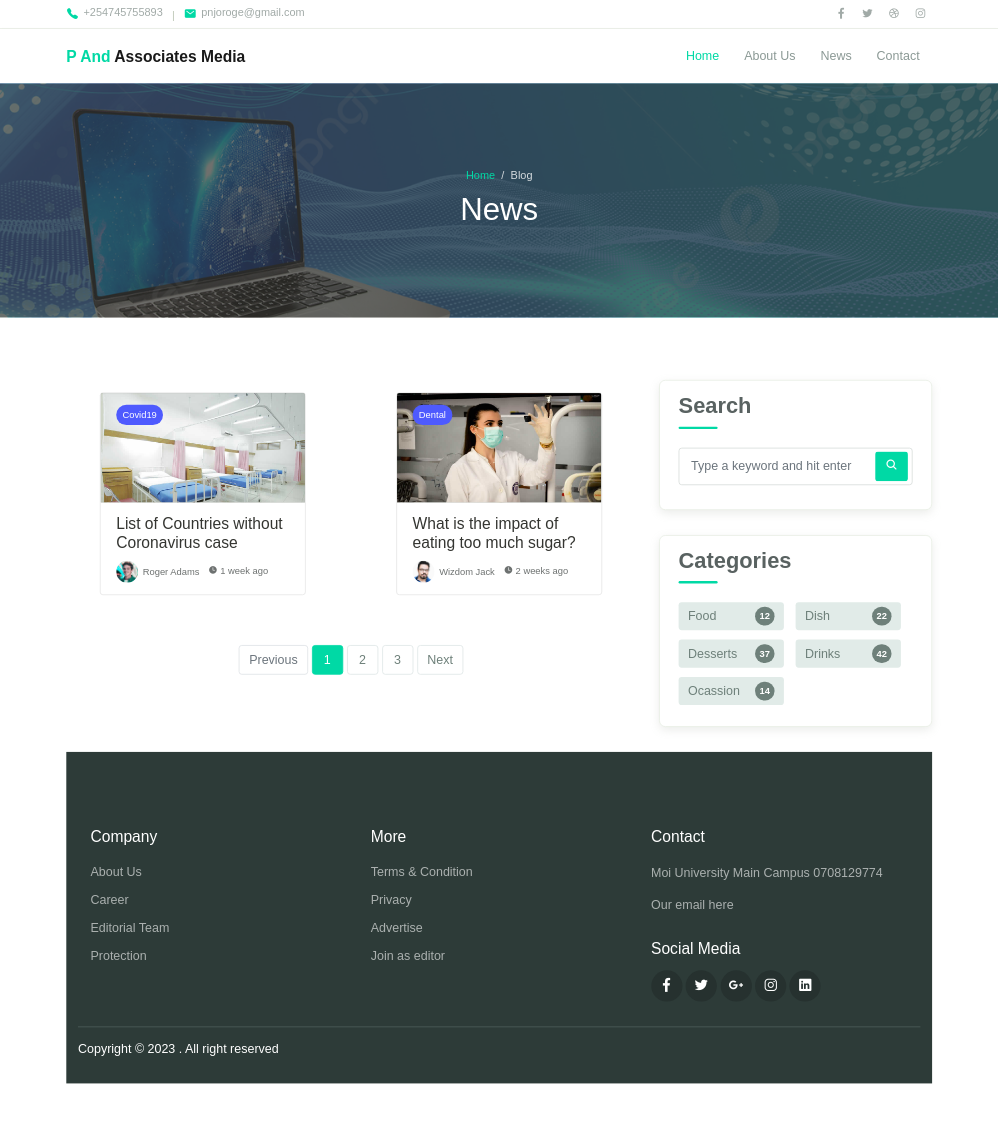
Repository: profbkmurage/myWeb
Page: html/blog.html
These files come from the project's save history. The page is drawn as it stood at one moment and after the next save; the edit follows.
The browser window is 1280 px wide. The pictures show the whole page, at 78% of full size.

Above is the page before, as saved 2023-12-11 14:20:50.

After the next save:
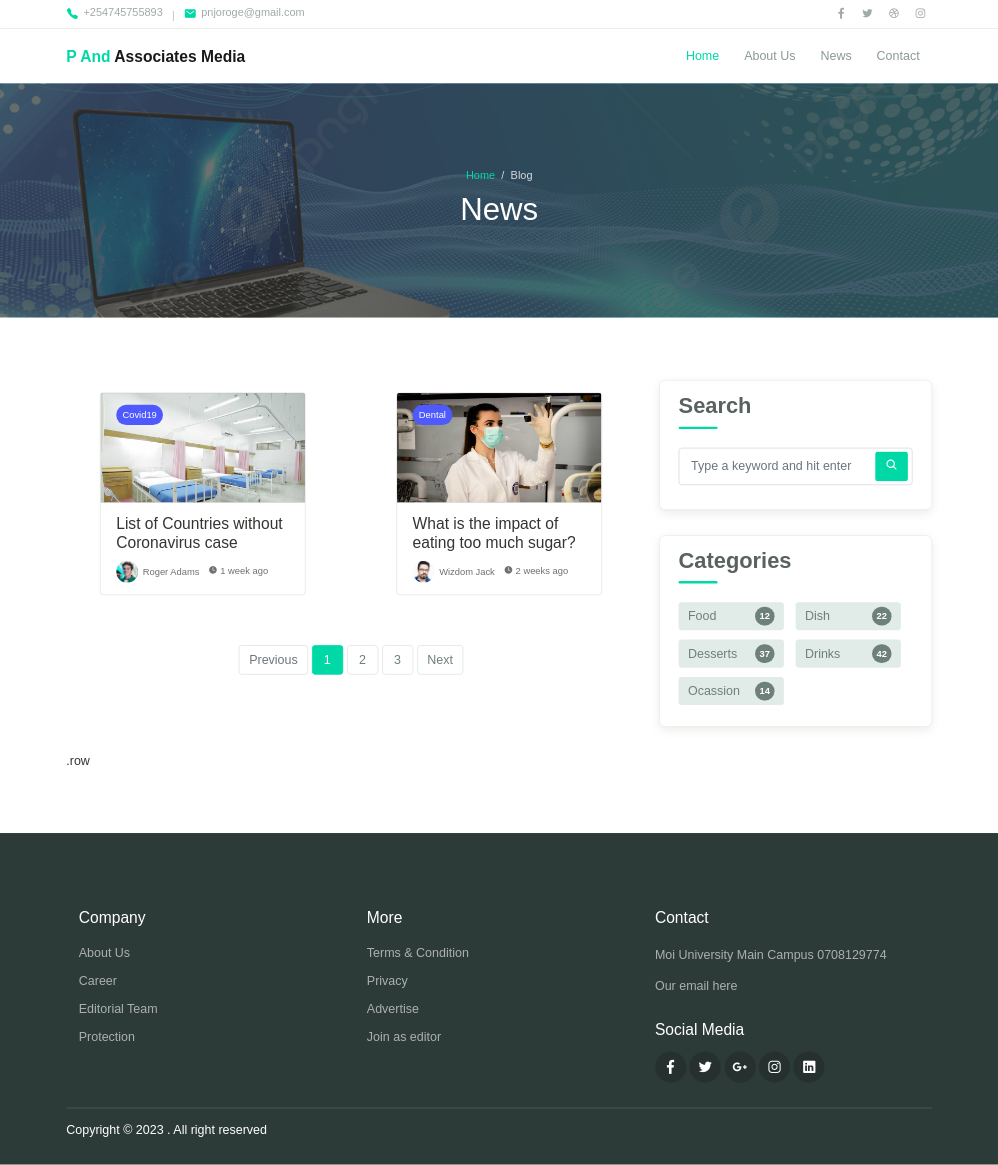
Saved 28 s later.
--- a/html/blog.html
+++ b/html/blog.html
@@ -261,11 +261,10 @@
             <div class="sidebar-block">
               <h3 class="sidebar-title">Paragraph</h3>
               <p>Lorem ipsum dolor sit amet, consectetur adipisicing elit. Ducimus itaque, autem necessitatibus voluptate quod mollitia delectus aut, sunt placeat nam vero culpa sapiente consectetur similique, inventore eos fugit cupiditate numquam!</p>
-            </div>
-          </div>
-        </div>
-      </div> .row -->
-          </div>
+            </div> -->
+          </div>
+        </div>
+      </div> .row
     </div> <!-- .container -->
   </div> <!-- .page-section -->
 
